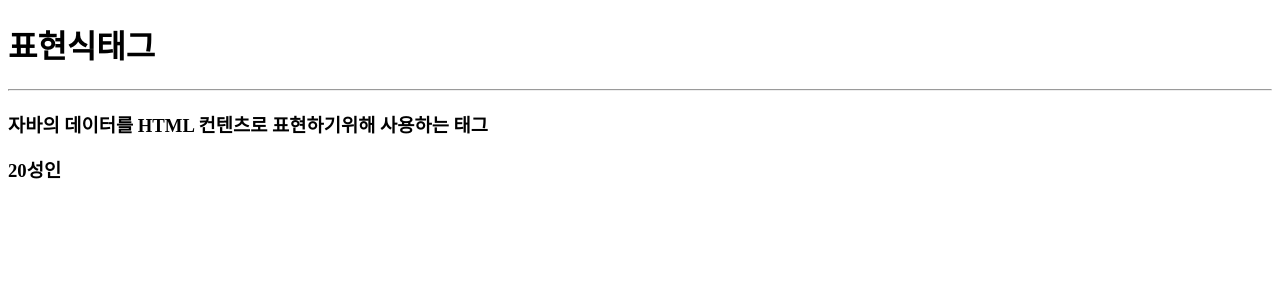
Repository: ParkHyeonju12/servlet
Page: http://localhost/04_jspProject/jsp/expressionTag.jsp
The author's editor kept a copy of each file at every save. The page is drawn from the files as they stood at one save, then again after the next save.
The browser window is 1280 px wide. The pictures show the whole page.
The page is served by Tomcat 9.

Above is the page before, as saved 2022-08-30 06:40:22.

After the next save:
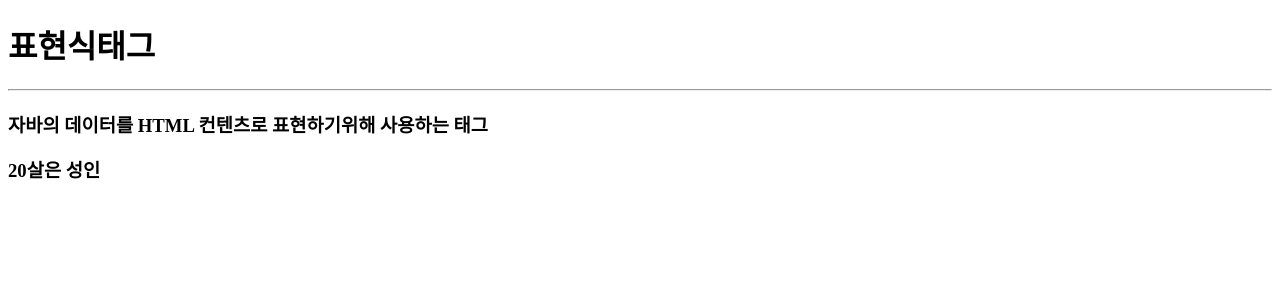
Saved 13 s later.
--- a/web-workspace/04_jspProject/src/main/webapp/jsp/expressionTag.jsp
+++ b/web-workspace/04_jspProject/src/main/webapp/jsp/expressionTag.jsp
@@ -14,9 +14,9 @@
 		int age = 20;
 	%>
 	<% if(age>19){ %>
-		<h3><%=age %>성인</h3>
+		<h3><%=age %>살은 성인</h3>
 	<%} else{ %>
-		<h3><%=age %>미성년자</h3>
+		<h3><%=age %>살은 미성년자</h3>
 	<%} %>
 </body>
 </html>
